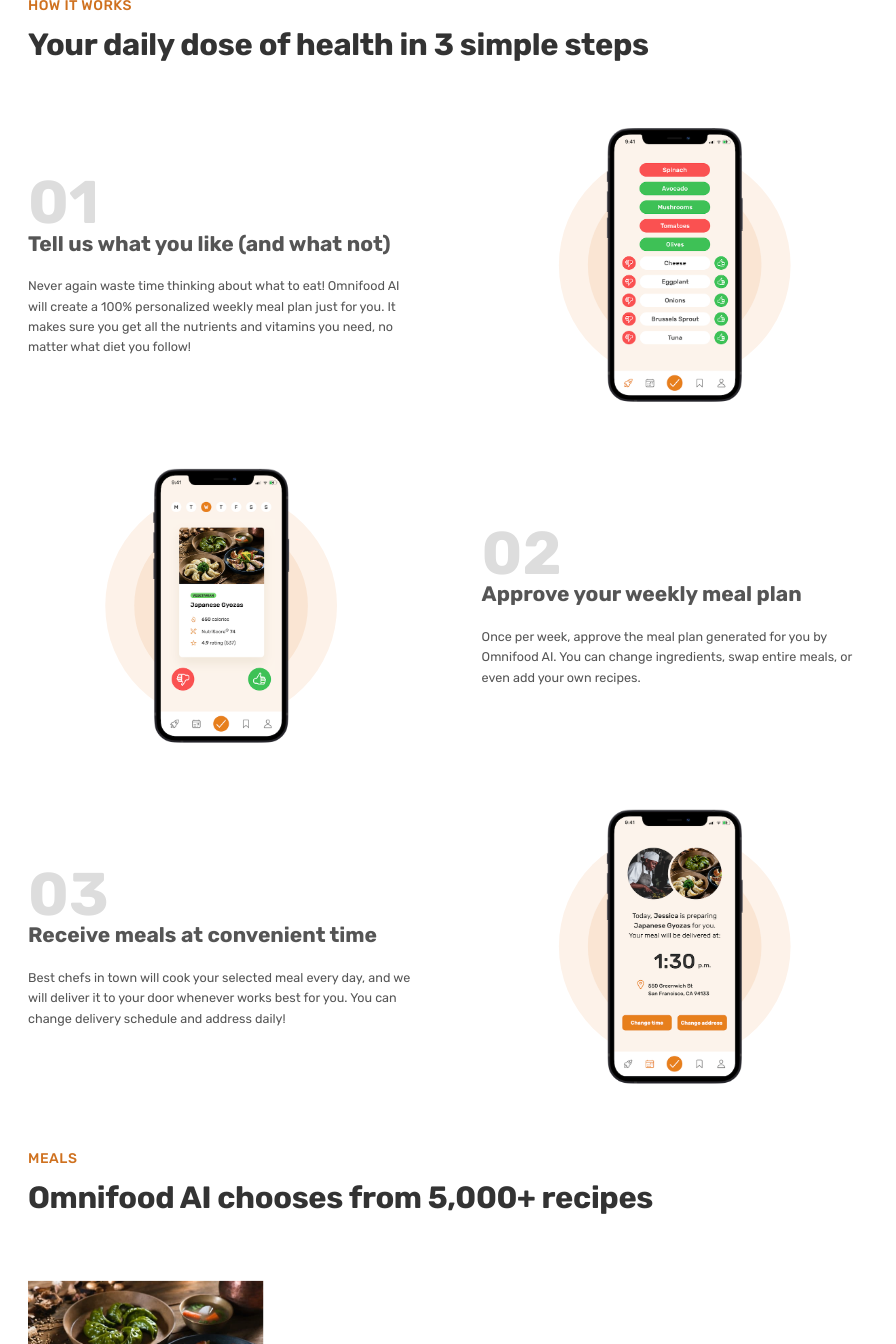
Repository: WefsCao/Omnifood
Page: index.html
These files come from the project's save history. The page is drawn as it stood at one moment and after the next save; the edit follows.
The browser window is 1280 px wide. The pictures show the part of the page from y = 917 to 2837 px (the page is 3100 px tall before and 3132 px after), at 70% of full size.

Above is the page before, as saved 2022-06-05 14:59:02.

After the next save:
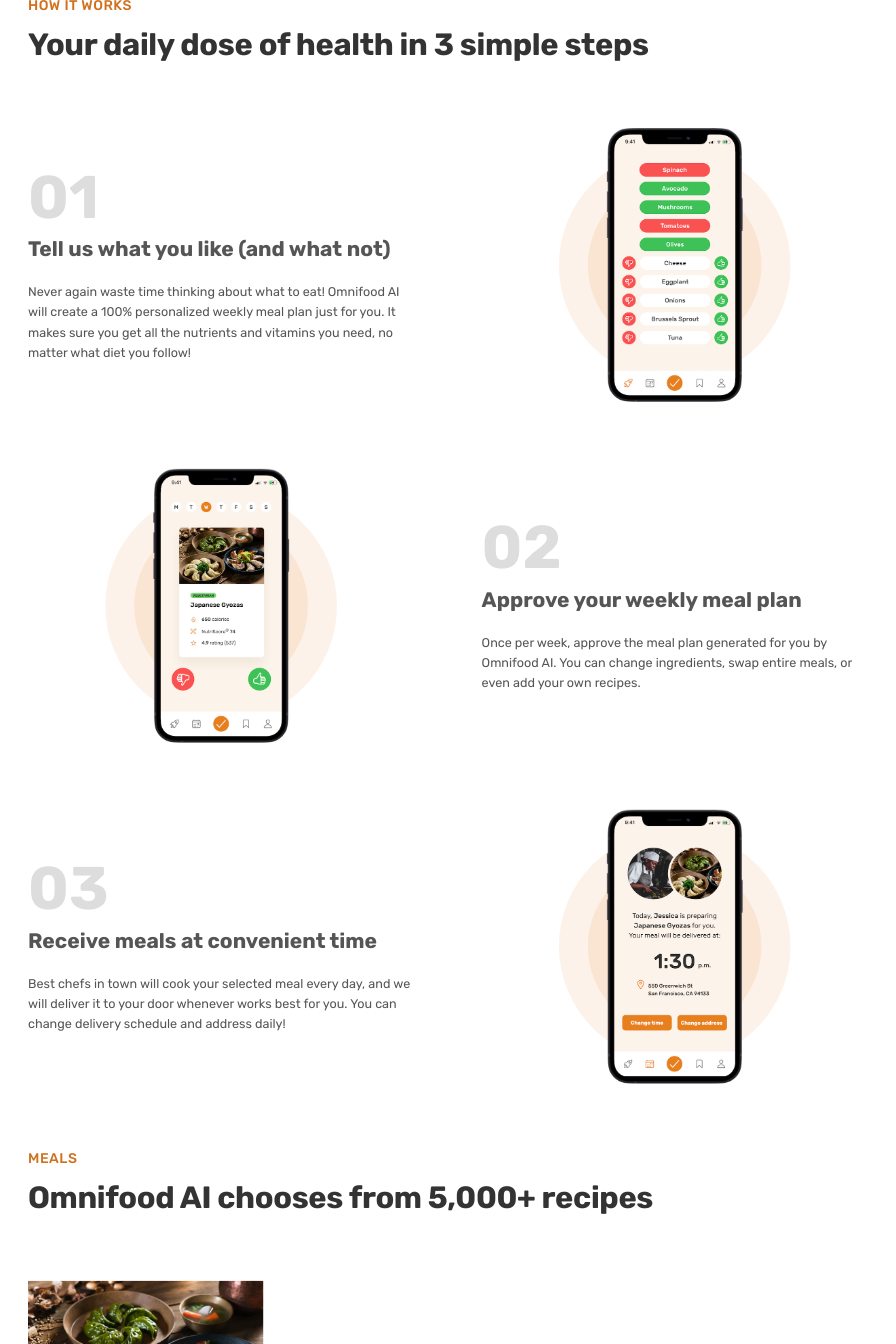
Saved 14 s later.
--- a/css/general.css
+++ b/css/general.css
@@ -98,4 +98,5 @@
 .heading-tertiary {
   font-size: 3rem;
   font-weight: 700;
+  margin: 1.6rem 0;
 }
